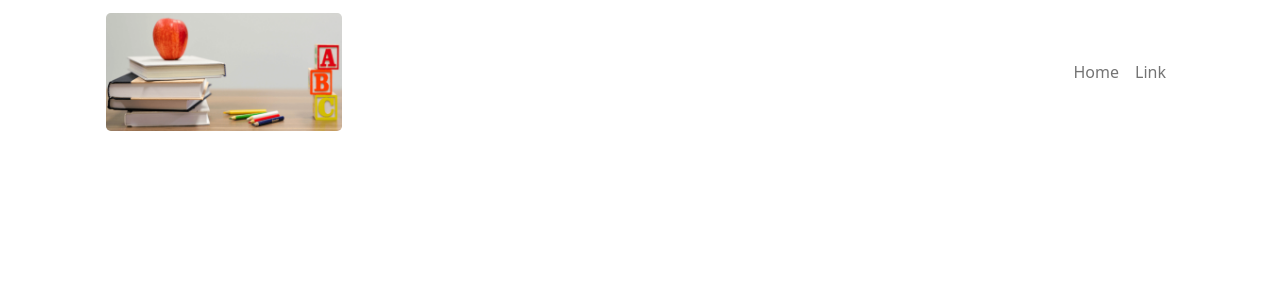
Repository: zjria/Figma-to-E-school
Page: index.html
An editor plug-in stored every save of this project. The page is shown before and after the next save, followed by the edit.
The browser window is 1280 px wide. The pictures show the whole page.
Some web libraries are served in a nearby version.

Above is the page before, as saved 2022-05-06 14:36:54.

After the next save:
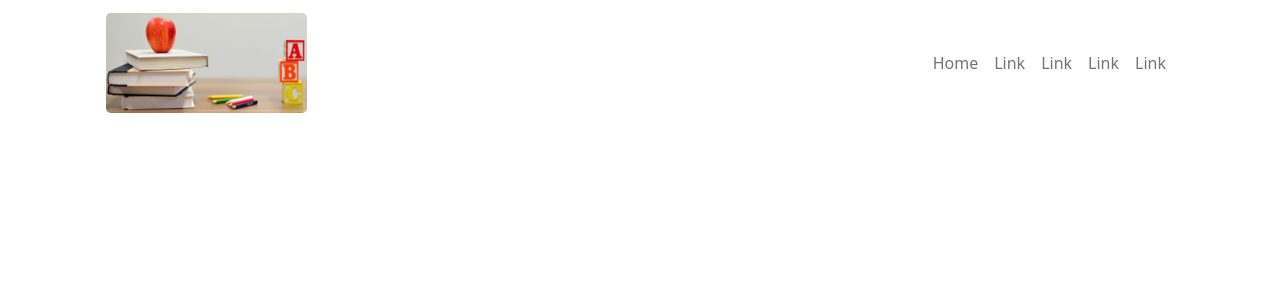
Saved 11 s later.
--- a/index.html
+++ b/index.html
@@ -34,6 +34,15 @@
                           <li class="nav-item">
                             <a class="nav-link" href="#">Link</a>
                           </li>
+                          <li class="nav-item">
+                            <a class="nav-link" href="#">Link</a>
+                          </li>
+                          <li class="nav-item">
+                            <a class="nav-link" href="#">Link</a>
+                          </li>
+                          <li class="nav-item">
+                            <a class="nav-link" href="#">Link</a>
+                          </li>
                         </ul>
 
                       </div>
